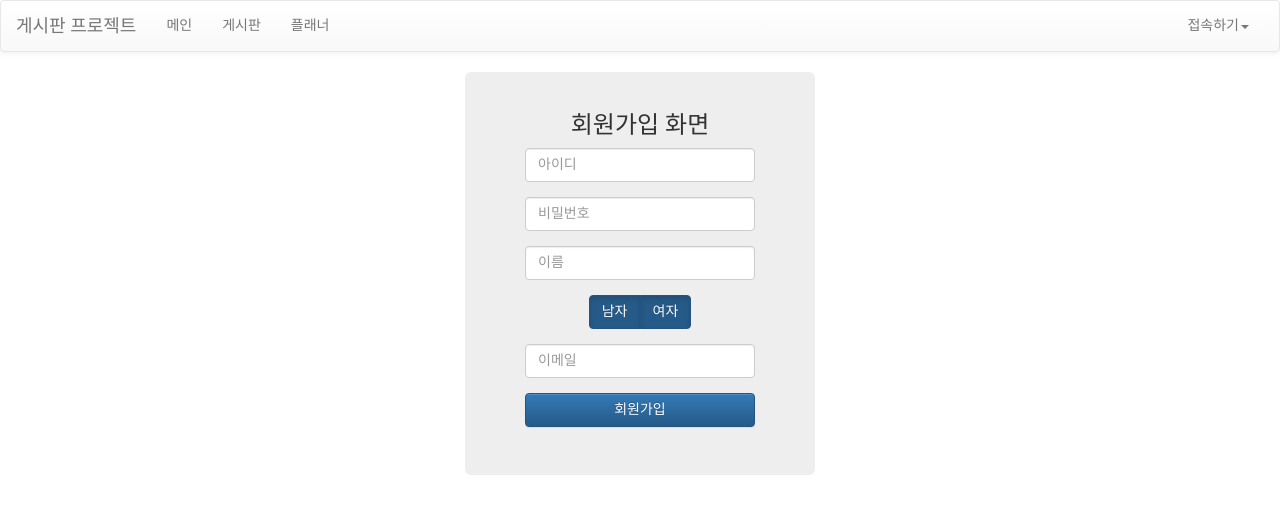
Repository: Seok7975/JSP-Education
Page: http://localhost/ToDoList공유_게시판_ver3/join.jsp
The author's editor kept a copy of each file at every save. The page is drawn from the files as they stood at one save, then again after the next save.
The browser window is 1280 px wide. The pictures show the whole page.
Some web fonts or font styles are not loaded; a fallback is used. Some web libraries are served in a nearby version. The page is served by Tomcat 9.

Above is the page before, as saved 2024-06-19 09:44:24.

After the next save:
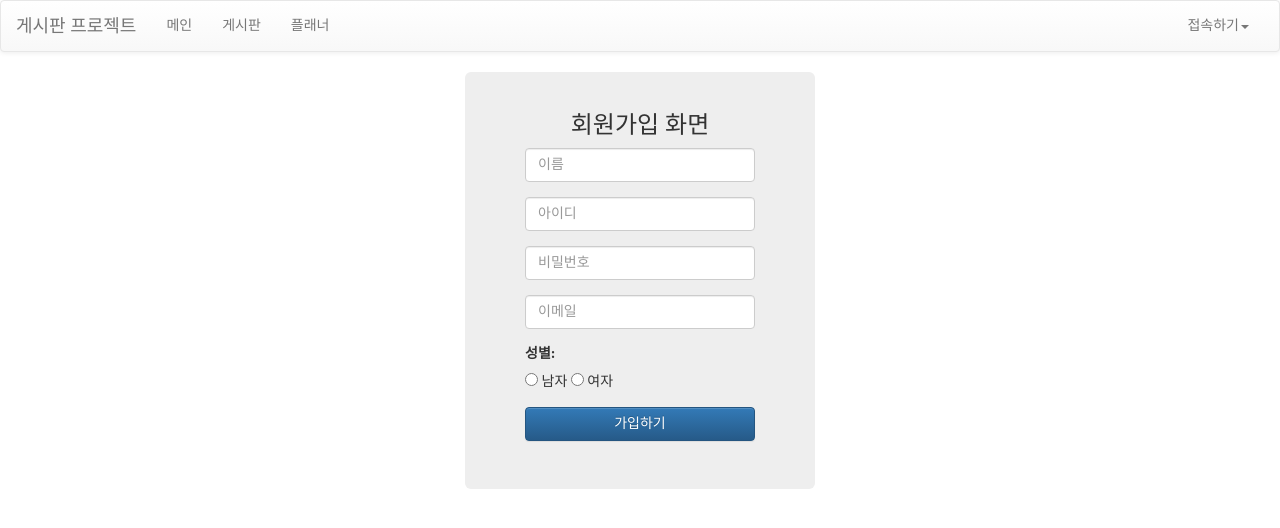
Saved 67 min 21 s later.
--- a/List_Projects_ver3/ToDoList공유 게시판_ver3/src/main/webapp/join.jsp
+++ b/List_Projects_ver3/ToDoList공유 게시판_ver3/src/main/webapp/join.jsp
@@ -54,28 +54,24 @@
 				<form method="post" action="joinAction.jsp">
 					<h3 style="text-align: center;">회원가입 화면</h3>
 					<div class="form-group">
-						<input type="text" class="form-control" placeholder="아이디" name="userID" required maxlength="20">
+						<input type="text" class="form-control" name="userName" placeholder="이름" required>
 					</div>
 					<div class="form-group">
-						<input type="password" class="form-control" placeholder="비밀번호" name="userPassword" required maxlength="20">
+						<input type="text" class="form-control" name="userID" placeholder="아이디" required>
 					</div>
 					<div class="form-group">
-						<input type="text" class="form-control" placeholder="이름" name="userName" required maxlength="20">
-					</div>
-					<div class="form-group" style="text-align : center;">
-						<div class="btn-group" data-toggle="buttons">
-							<label class="btn btn-primary active">
-								<input type="radio" name="userGender" value="남자" required checked>남자 <!-- autocomplete="off" -->
-							</label>
-							<label class="btn btn-primary active">
-								<input type="radio" name="userGender" value="여자" required checked>여자 <!-- autocomplete="off" -->
-							</label>
-						</div>
+						<input type="password" class="form-control" name="userPassword" placeholder="비밀번호" required>
 					</div>
 					<div class="form-group">
-						<input type="email" class="form-control" placeholder="이메일" name="userEmail" required maxlength="20">
+						<input type="email" class="form-control" name="userEmail" placeholder="이메일" required>
 					</div>
-					<input type="submit" class="btn btn-primary form-control" value="회원가입">
+					<div class="form-group">
+						<label>성별:</label>
+						<br>
+						<input type="radio" name="userGender" value="male" required> 남자
+						<input type="radio" name="userGender" value="female"> 여자
+					</div>
+					<button type="submit" class="btn btn-primary btn-block">가입하기</button>
 				</form>
 			</div>
 		</div>

After the save that followed:
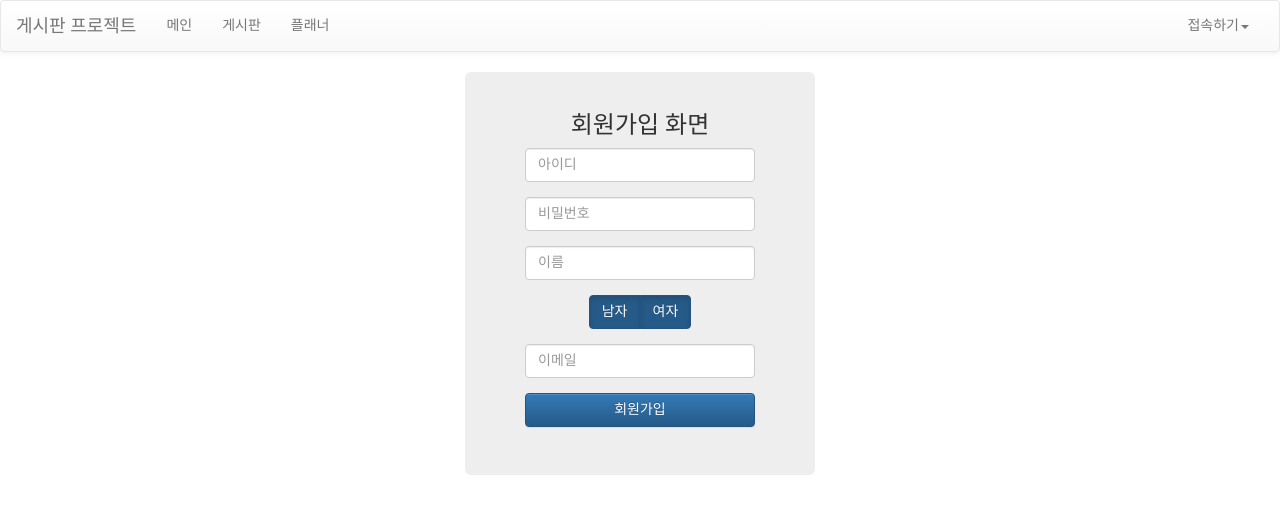
Saved 6 min 10 s later.
--- a/List_Projects_ver3/ToDoList공유 게시판_ver3/src/main/webapp/join.jsp
+++ b/List_Projects_ver3/ToDoList공유 게시판_ver3/src/main/webapp/join.jsp
@@ -54,24 +54,28 @@
 				<form method="post" action="joinAction.jsp">
 					<h3 style="text-align: center;">회원가입 화면</h3>
 					<div class="form-group">
-						<input type="text" class="form-control" name="userName" placeholder="이름" required>
+						<input type="text" class="form-control" placeholder="아이디" name="userID" required maxlength="20">
 					</div>
 					<div class="form-group">
-						<input type="text" class="form-control" name="userID" placeholder="아이디" required>
+						<input type="password" class="form-control" placeholder="비밀번호" name="userPassword" required maxlength="20">
 					</div>
 					<div class="form-group">
-						<input type="password" class="form-control" name="userPassword" placeholder="비밀번호" required>
+						<input type="text" class="form-control" placeholder="이름" name="userName" required maxlength="20">
+					</div>
+					<div class="form-group" style="text-align : center;">
+						<div class="btn-group" data-toggle="buttons">
+							<label class="btn btn-primary active">
+								<input type="radio" name="userGender" value="남자" required checked>남자 <!-- autocomplete="off" -->
+							</label>
+							<label class="btn btn-primary active">
+								<input type="radio" name="userGender" value="여자" required checked>여자 <!-- autocomplete="off" -->
+							</label>
+						</div>
 					</div>
 					<div class="form-group">
-						<input type="email" class="form-control" name="userEmail" placeholder="이메일" required>
+						<input type="email" class="form-control" placeholder="이메일" name="userEmail" required maxlength="20">
 					</div>
-					<div class="form-group">
-						<label>성별:</label>
-						<br>
-						<input type="radio" name="userGender" value="male" required> 남자
-						<input type="radio" name="userGender" value="female"> 여자
-					</div>
-					<button type="submit" class="btn btn-primary btn-block">가입하기</button>
+					<input type="submit" class="btn btn-primary form-control" value="회원가입">
 				</form>
 			</div>
 		</div>
